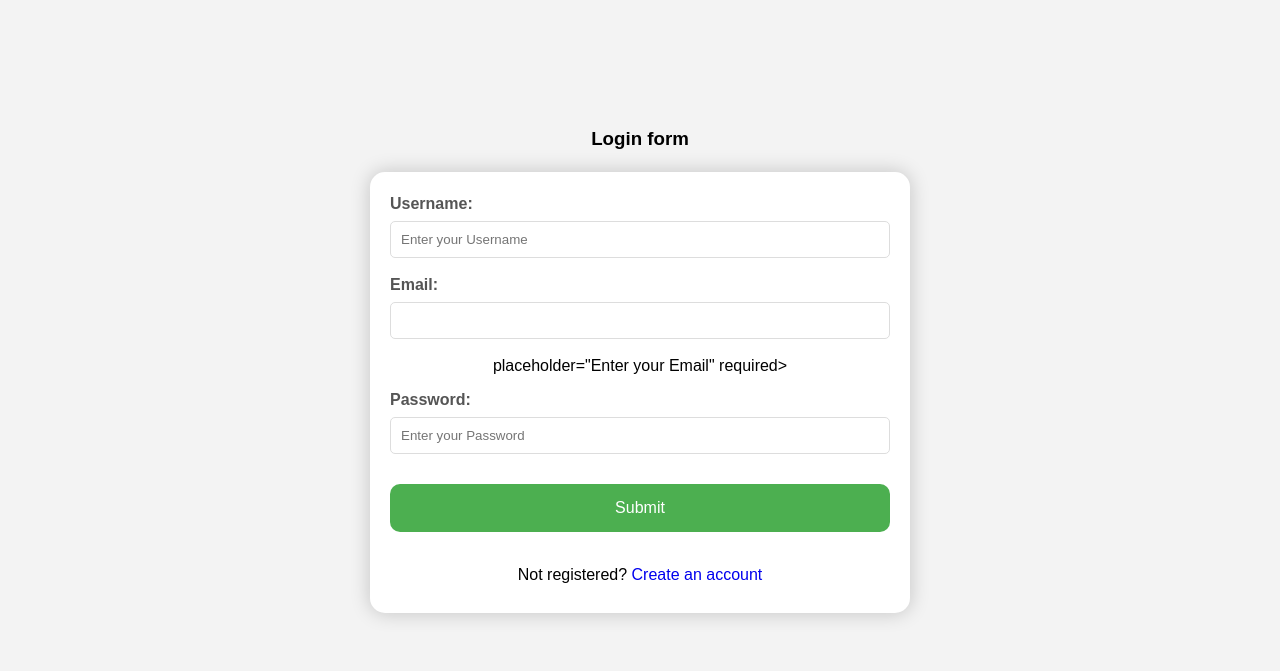
Repository: alizey12/Regestratin-Form-js
Page: signin.html
These files come from the project's save history. The page is drawn as it stood at one moment and after the next save; the edit follows.
The browser window is 1280 px wide. The pictures show the whole page.

Above is the page before, as saved 2024-11-29 19:07:18.

### signin.html
<!DOCTYPE html>
<html lang="en">
<head>
    <meta charset="UTF-8">
    <meta name="viewport" content="width=device-width, initial-scale=1.0">
    <link rel="stylesheet" href="signin.css">
    <title>Document</title>
</head>
<body>
    <h3>Login form</h3>
<div class="main">


    <form action="">
        <label for="first">
            Username:
        </label>
        <input type="text" id="first" name="first"
            placeholder="Enter your Username" required>

            <label for="first">
                Email:
            </label>
            <input type="email" id="first" name="email"  pattern="^[a-zA-Z0-9._%+-]+@[a-zA-Z0-9.-]+\.[a-zA-Z]{2,}$"
            title="Enter a valid email address (e.g., user@example.com)">
                placeholder="Enter your Email" required>

        <label for="password">
            Password:
        </label>
        <input type="password" id="password" name="password"
            placeholder="Enter your Password" required>

        <div class="wrap">
            <button type="submit">
                Submit
            </button>
        </div>
    </form>

    <p>Not registered?
        <a href="regester.html" style="text-decoration: none;">
            Create an account
        </a>
    </p>
</div>


</body>
</html>

### signin.css
/*style.css*/
body {
    display: flex;
    align-items: center;
    justify-content: center;
    font-family: sans-serif;
    line-height: 1.5;
    min-height: 100vh;
    background: #f3f3f3;
    flex-direction: column;
    margin: 0;
}

.main {
    background-color: #fff;
    border-radius: 15px;
    box-shadow: 0 0 20px rgba(0, 0, 0, 0.2);
    padding: 10px 20px;
    transition: transform 0.2s;
    width: 500px;
    text-align: center;
}

h1 {
    color: #4CAF50;
}

label {
    display: block;
    width: 100%;
    margin-top: 10px;
    margin-bottom: 5px;
    text-align: left;
    color: #555;
    font-weight: bold;
}

input {
    display: block;
    width: 100%;
    margin-bottom: 15px;
    padding: 10px;
    box-sizing: border-box;
    border: 1px solid #ddd;
    border-radius: 5px;
}

button {
    padding: 15px;
    border-radius: 10px;
    margin-top: 15px;
    margin-bottom: 15px;
    border: none;
    color: white;
    cursor: pointer;
    background-color: #4CAF50;
    width: 100%;
    font-size: 16px;
}

.wrap {
    display: flex;
    justify-content: center;
    align-items: center;
}

After the next save:
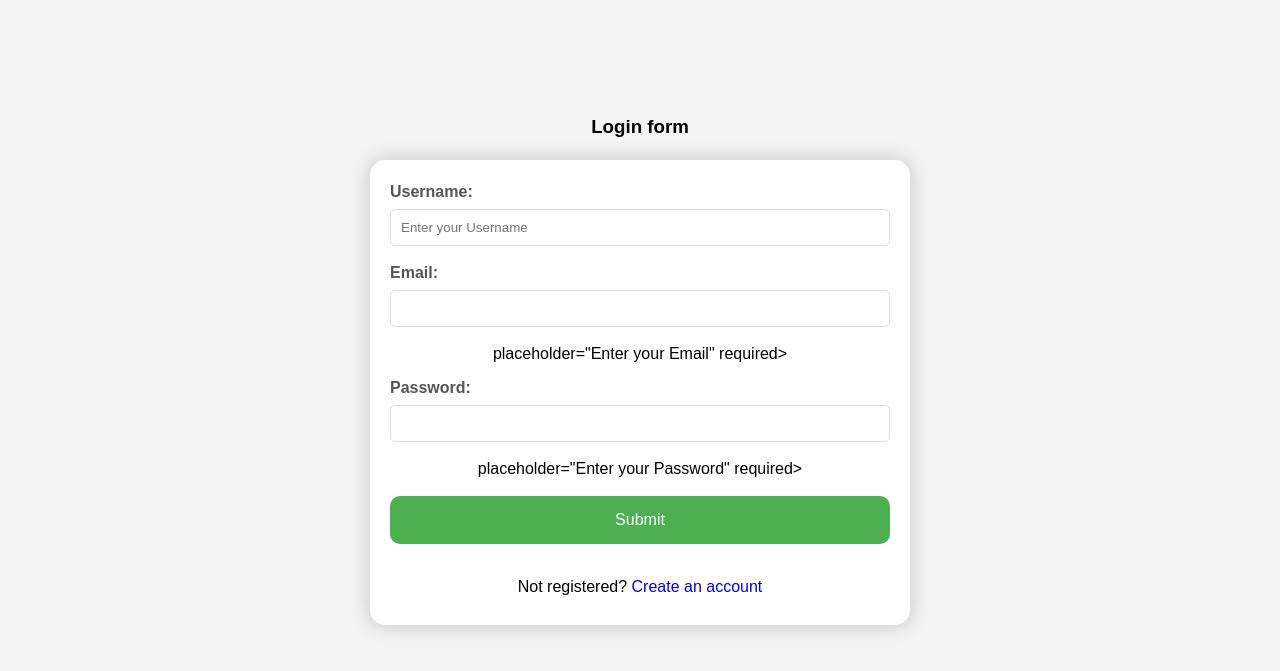
Saved 35 s later.
--- a/signin.html
+++ b/signin.html
@@ -28,7 +28,9 @@
         <label for="password">
             Password:
         </label>
-        <input type="password" id="password" name="password"
+        <input type="password" id="password" name="password"   pattern="^(?=.*[A-Za-z])(?=.*\d)[A-Za-z\d]{8,}$"
+        title="Password must be at least 8 characters long and include at least one letter and one number.">
+
             placeholder="Enter your Password" required>
 
         <div class="wrap">

After the 6 saves that followed:
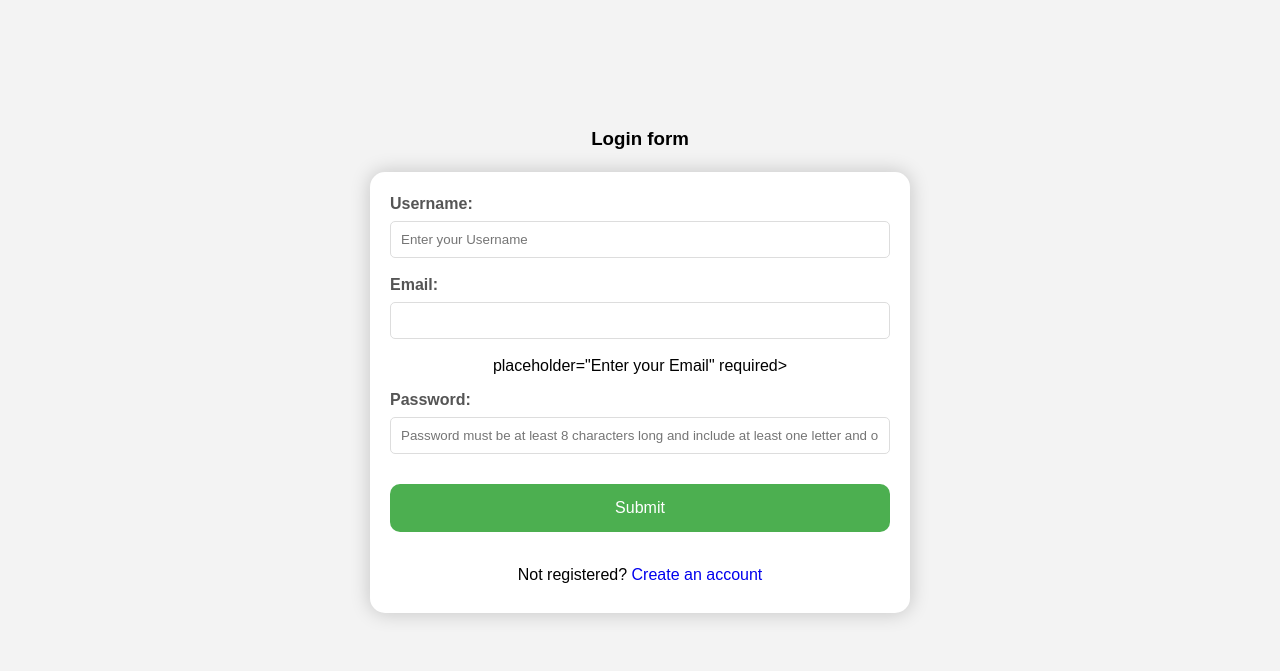
The 6 saves are shown as one change because 1 left the picture as it was and some came seconds apart.
The last was saved 22 s later.
--- a/signin.html
+++ b/signin.html
@@ -29,9 +29,9 @@
             Password:
         </label>
         <input type="password" id="password" name="password"   pattern="^(?=.*[A-Za-z])(?=.*\d)[A-Za-z\d]{8,}$"
-        title="Password must be at least 8 characters long and include at least one letter and one number.">
 
-            placeholder="Enter your Password" required>
+
+            placeholder="Password must be at least 8 characters long and include at least one letter and one number.">
 
         <div class="wrap">
             <button type="submit">
